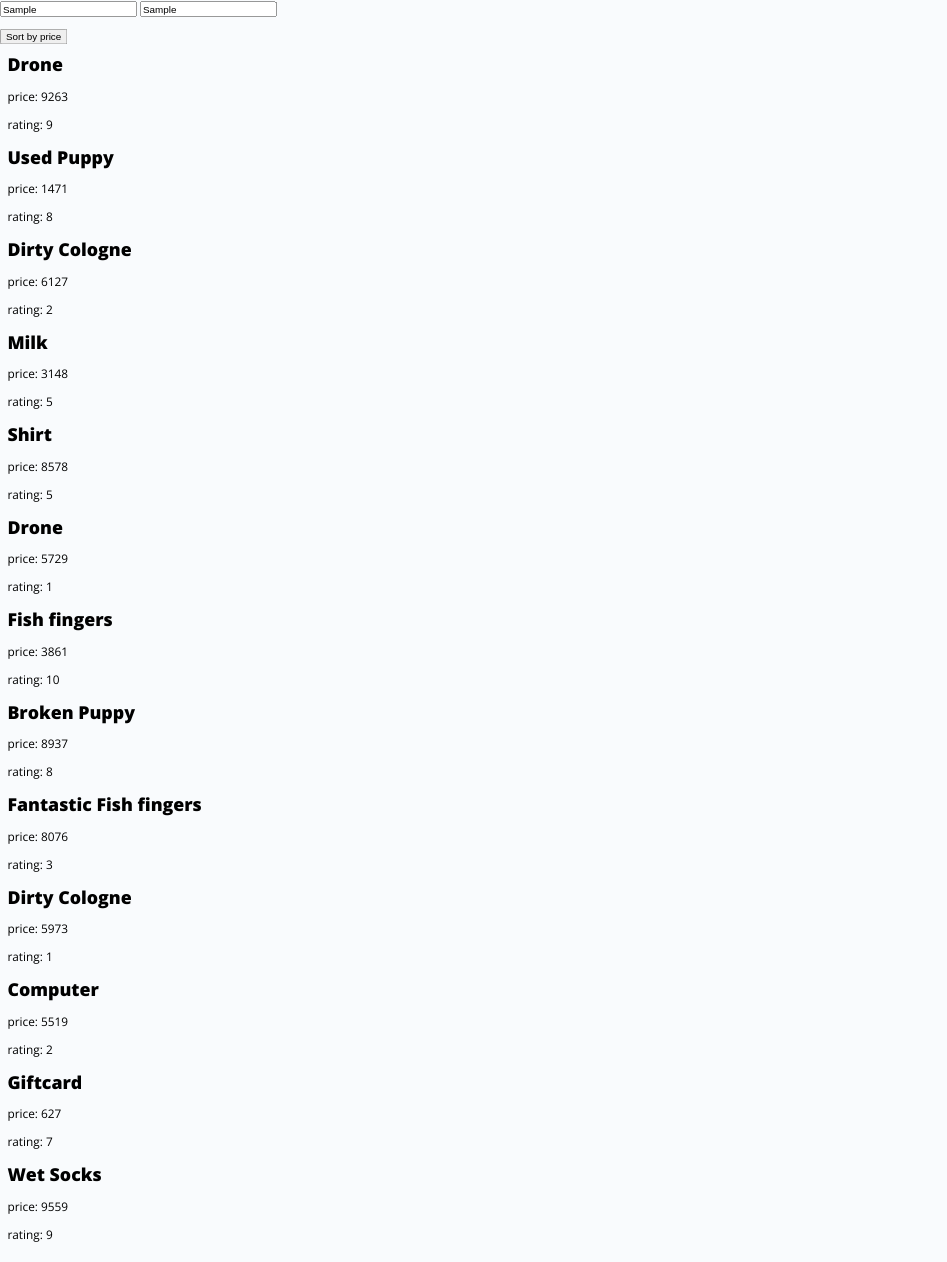
Repository: andrii1/hyf-homework
Page: javascript/javascript2/week2/hyf-bay/index.html
The author's editor kept a copy of each file at every save. The page is drawn from the files as they stood at one save, then again after the next save.
The browser window is 1280 px wide. The pictures show the whole page, at 74% of full size.
Empty fields were first filled with sample values (such as "Sample", 5 or name@example.com).
After loading, the first visible `#price-sort` was clicked once.

Above is the page before, as saved 2022-07-03 15:39:43.

### javascript/javascript2/week2/hyf-bay/index.html
<head>
  <title>HyfBay</title>
  <meta name="viewport" content="width=device-width, initial-scale=1" />
  <link rel="stylesheet" type="text/css" href="main.css" />
  <link
    href="https://fonts.googleapis.com/css?family=Open+Sans:400,800"
    rel="stylesheet"
  />
</head>

<body>
  <main>
    <form action="#">
      <input type="text" id="search" /> <input type="text" id="maximumPrice" />
    </form>
    <button id="price-sort">Sort by price</button>
    <ul id="list"></ul>
  </main>
  <script src="hyfBayHelpers.js"></script>
  <script src="main.js"></script>
</body>

### javascript/javascript2/week2/hyf-bay/main.css
body {
    font-family: "Open Sans", sans-serif;
    background-color: #F9FBFD;
}

* {
    box-sizing: border-box;
}

body, h1, h2 {
    margin: 0;
}

ul {
    list-style-type: none;
    margin: 0;
    padding: 10;
}

### javascript/javascript2/week2/hyf-bay/hyfBayHelpers.js
/* DONT MODIFY ANY OF THIS CODE!!!*/

window.getAvailableProducts = function () {
  function getRandomInt(min, max) {
    min = Math.ceil(min);
    max = Math.floor(max);
    return Math.floor(Math.random() * (max - min + 1)) + min;
  }

  function getRandomItem(availableProductNames) {
    return availableProductNames[
      getRandomInt(0, availableProductNames.length - 1)
    ];
  }

  function getRandomProductname() {
    const preWords = [
      "Used",
      "Fantastic",
      '"Used"',
      "Broken",
      "Beautiful",
      "Wet",
      "Green",
      "Sloppy",
      "Dirty",
    ];
    const productNames = [
      "Carrot",
      "Drone",
      "Giftcard",
      "Puppy",
      "Car",
      "Shirt",
      "Milk",
      "Chalk",
      "Fish fingers",
      "Socks",
      "Chocolate",
      "Toothbrush",
      "Computer",
      "Nokia",
      "Cologne",
    ];

    let chosenProductName = getRandomItem(productNames);
    const shouldHavePreWord = getRandomInt(0, 10) > 6;

    if (shouldHavePreWord) {
      const preWord = preWords[getRandomInt(0, preWords.length - 1)];
      chosenProductName = `${preWord} ${chosenProductName}`;
    }

    return chosenProductName;
  }

  const numberOfAvailableProducts = getRandomInt(0, 30);
  const availableProducts = Array.apply(
    null,
    Array(numberOfAvailableProducts)
  ).map(() => {
    const name = getRandomProductname();
    return {
      id: `${name}${getRandomInt(0, 100000)}`,
      name,
      price: getRandomInt(0, 10000),
      rating: getRandomInt(1, 10),
    };
  });

  return availableProducts;
};

### javascript/javascript2/week2/hyf-bay/main.js
console.log("Script loaded");
const products = getAvailableProducts();
console.log(products);
const searchInput = document.getElementById("search");
const maximumPriceInput = document.getElementById("maximumPrice");
const buttonSortPrice = document.getElementById("price-sort");
searchInput.addEventListener("input", filterProducts);
maximumPriceInput.addEventListener("input", filterProductsByPrice);
buttonSortPrice.addEventListener("click", sortProductsByPrice);
function filterProducts(event) {
  const filteredProducts = products.filter((product) =>
    product.name.toLowerCase().includes(event.target.value)
  );
  renderProducts(filteredProducts);
}

function filterProductsByPrice(event) {
  const filteredProducts = products.filter(
    (product) => product.price < event.target.value
  );
  renderProducts(filteredProducts);
}

function sortProductsByPrice(event) {
  const sortedProducts = products.sort((a, b) => a - b);
  renderProducts(sortedProducts);
}

const list = document.querySelector("#list");

function renderProducts(products) {
  // your code here
  list.innerHTML = "";
  for (let i = 0; i < products.length; i++) {
    const listItem = document.createElement("li");
    const name = document.createElement("h2");
    const price = document.createElement("p");
    const rating = document.createElement("p");
    name.innerHTML = products[i].name;
    price.innerHTML = `price: ${products[i].price}`;
    rating.innerHTML = `rating: ${products[i].rating}`;
    list.appendChild(listItem);
    list.appendChild(name);
    list.appendChild(price);
    list.appendChild(rating);
  }
}

//renderProducts(products); // This should create the ul and the li's with the individual products details

After the next save:
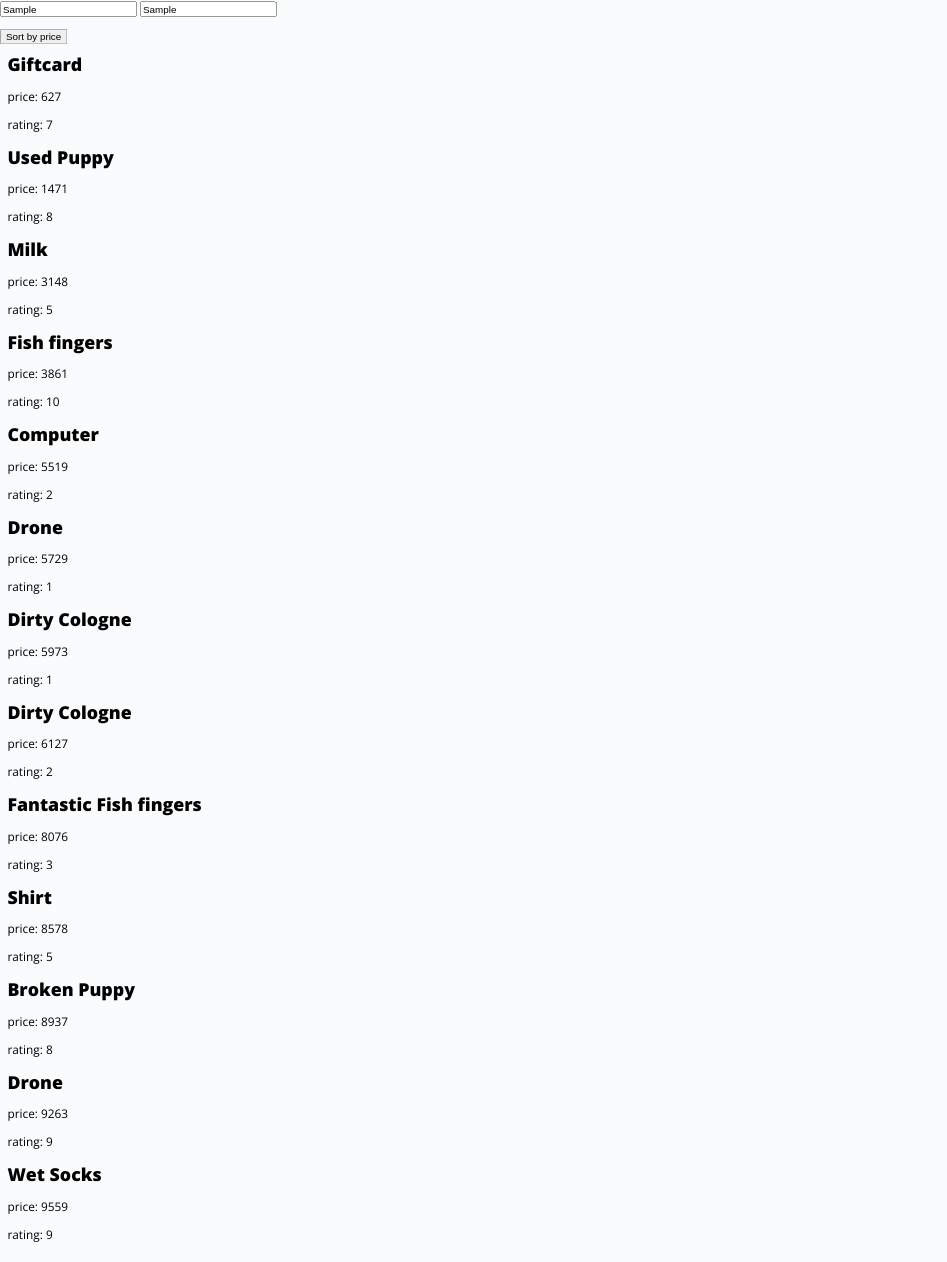
Saved 2 min 33 s later.
--- a/javascript/javascript2/week2/hyf-bay/main.js
+++ b/javascript/javascript2/week2/hyf-bay/main.js
@@ -21,8 +21,8 @@ function filterProductsByPrice(event) {
   renderProducts(filteredProducts);
 }
 
-function sortProductsByPrice(event) {
-  const sortedProducts = products.sort((a, b) => a - b);
+function sortProductsByPrice() {
+  const sortedProducts = products.sort((a, b) => a.price - b.price);
   renderProducts(sortedProducts);
 }
 
